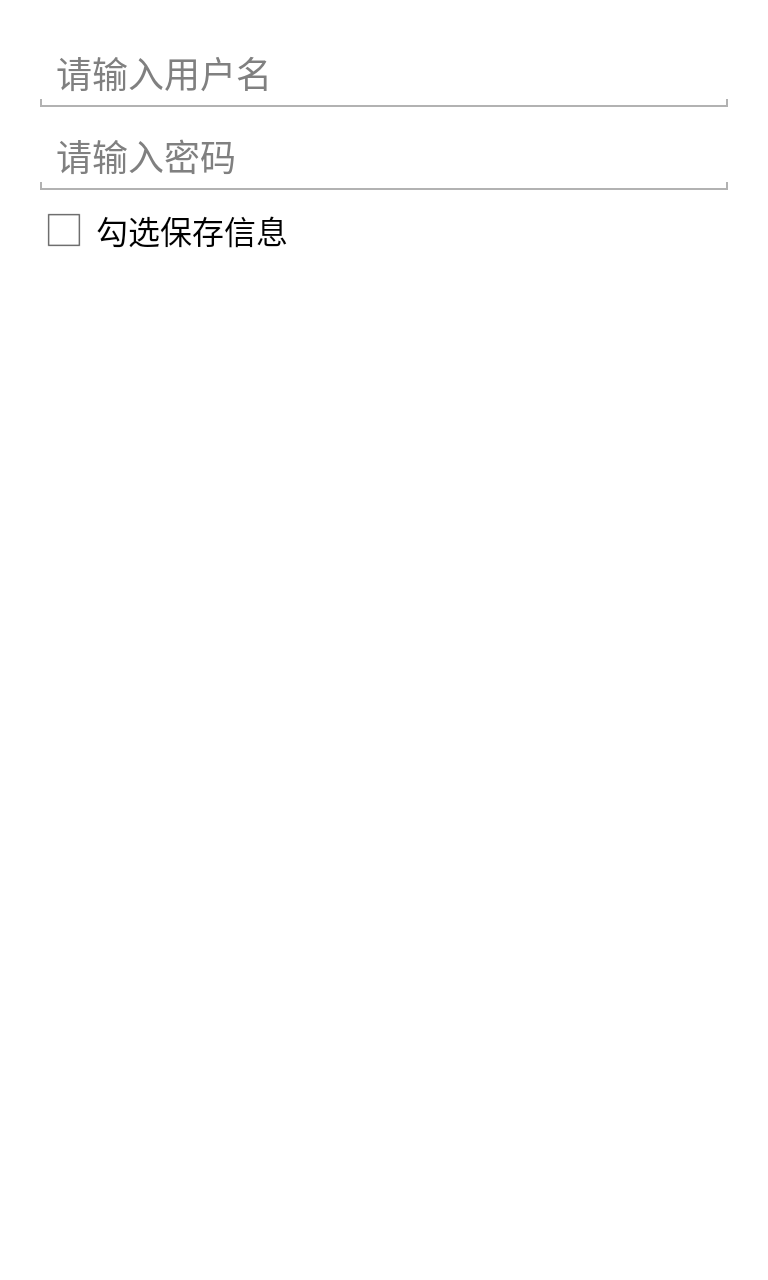
Repository: howu911/AndroidPracticeCode
Layout: day_03/code/day03_03_loadCase/res/layout/activity_main.xml
An editor plug-in stored every save of this project. The layout is shown before and after the next save, followed by the edit.
It is drawn on a 768 x 1280 px phone screen (xhdpi) without system bars, with theme AppTheme; the app's code is not run.

Above is the layout before, as saved 2020-04-08 08:36:18.

### day_03/code/day03_03_loadCase/res/layout/activity_main.xml
<RelativeLayout xmlns:android="http://schemas.android.com/apk/res/android"
    xmlns:tools="http://schemas.android.com/tools"
    android:layout_width="match_parent"
    android:layout_height="match_parent"
    android:paddingBottom="@dimen/activity_vertical_margin"
    android:paddingLeft="@dimen/activity_horizontal_margin"
    android:paddingRight="@dimen/activity_horizontal_margin"
    android:paddingTop="@dimen/activity_vertical_margin"
    tools:context="com.example.day03_03_loadcase.MainActivity" >

    <EditText
        android:id="@+id/et_username"
        android:layout_width="match_parent"
        android:layout_height="wrap_content"
        android:hint="请输入用户名"/>
    <EditText
        android:id="@+id/et_password"
        android:layout_below="@id/et_username"
        android:layout_width="match_parent"
        android:layout_height="wrap_content"
        android:inputType="textPassword"
        android:hint="请输入密码"/>
    <CheckBox
        android:id="@+id/cb_isSave"
        android:layout_width="wrap_content"
        android:layout_height="wrap_content"
        android:layout_below="@id/et_password"
        android:text="勾选保存信息"/>

</RelativeLayout>

Loaded but not shown: day_03/code/day03_03_loadCase/res/values/styles.xml (common file); day_03/code/day03_03_loadCase/res/values-v11/styles.xml (common file); day_03/code/day03_03_loadCase/res/values-v14/styles.xml (common file); day_03/code/day03_03_loadCase/res/values/dimens.xml (common file); day_03/code/day03_03_loadCase/res/values-w820dp/dimens.xml (common file)

After the next save:
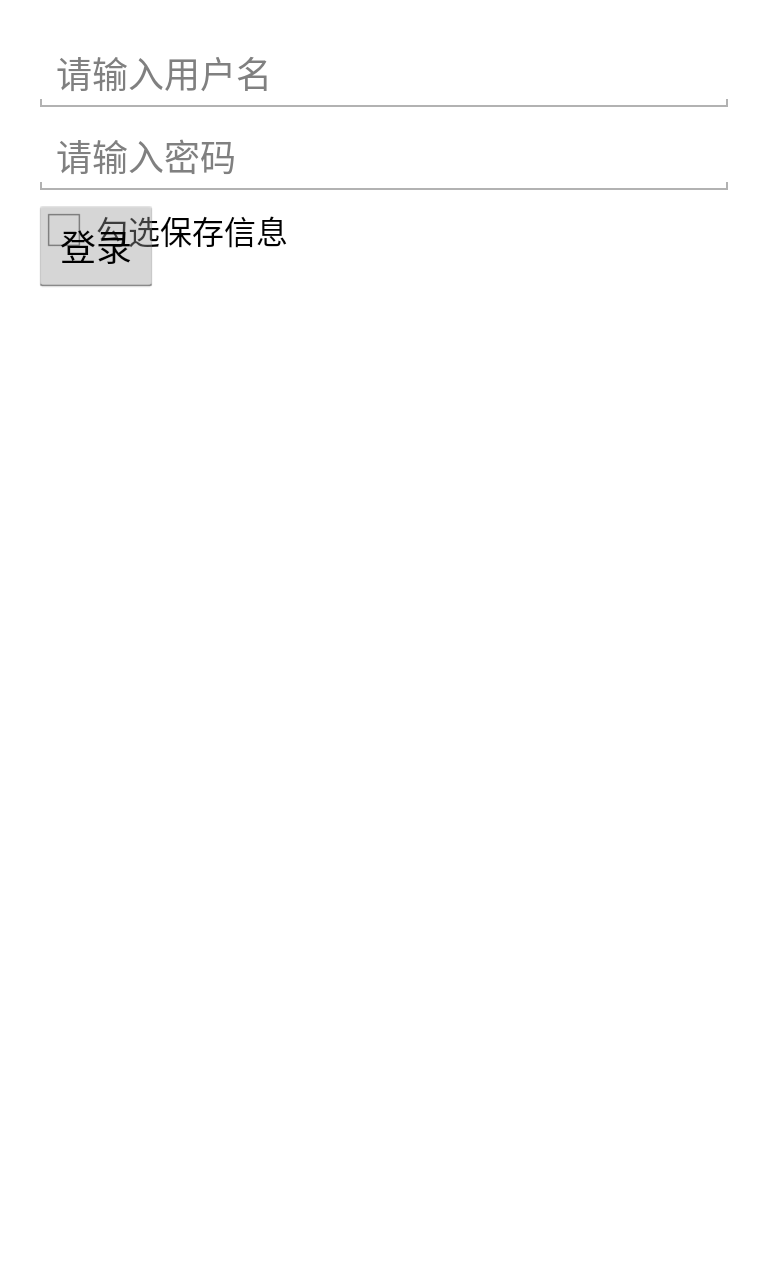
Saved 3 min 4 s later.
--- a/day_03/code/day03_03_loadCase/res/layout/activity_main.xml
+++ b/day_03/code/day03_03_loadCase/res/layout/activity_main.xml
@@ -26,5 +26,12 @@
         android:layout_height="wrap_content"
         android:layout_below="@id/et_password"
         android:text="勾选保存信息"/>
+    <Button
+        android:id="@+id/bt_btn_login"
+        android:layout_width="wrap_content"
+        android:layout_height="wrap_content"
+        android:layout_below="@id/et_password"
+        android:layout_alignRight="true"
+        android:text="登录"/>
 
 </RelativeLayout>
